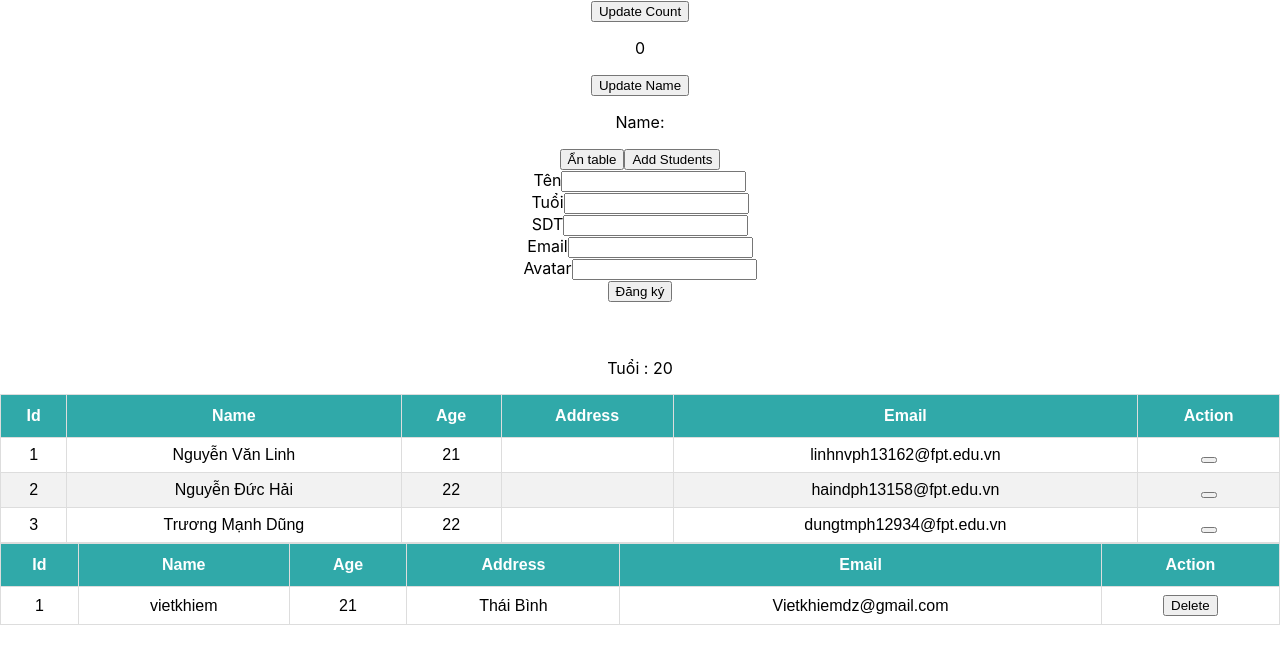
Repository: vietkhiem/TypeScript
Page: /
The author's editor kept a copy of each file at every save. The page is drawn from the files as they stood at one save, then again after the next save.
The browser window is 1280 px wide. The pictures show the whole page.
The project was rebuilt for these pictures with package versions that can differ from the ones it lists, and the page was loaded fresh each time.

Above is the page before, as saved 2022-03-18 20:16:47.

### src/App.tsx
import React, {useState} from 'react';
import './App.css';
import Login from './pages/login';
import TableCustom from './pages/table';

type Student = {
  name: string,
  age: number,
  address: string,
  phone: number
}

function App() {
  const [count, setCount] = useState<number>(0);
  const [name, setName] = useState<string>('');
  //state trang thai hien thi bang
  const [isShowTable, setShowTable] = useState<boolean>(true);
  const studentsData = [
    {
      name: 'vietkhiem',
      age: 21,
      address: 'Thái Bình',
      email: 'Vietkhiemdz@gmail.com',
      action: 'Delete'
    }
  ]
  return (
    <div className="App">
      <button onClick={() => setCount(count+1)}>Update Count</button>
        <p>{count}</p>

      <button onClick={() => setName('viet khiem')}>Update Name</button>
        <p>Name: {name}</p>

        <button onClick={() => setShowTable(!isShowTable)}>
        {isShowTable === true ? 'Ẩn' : 'Hiện'}  table</button>

        <button>Add Students</button>
      {/* thêm view login vào trong App.tsx */}
        <Login />
        {/* thêm components table vào app */}
        {
          isShowTable === true
        ? <TableCustom rows={studentsData} />
        :null
        }

    </div>
  );
}

export default App;

### src/App.css
.App {
  text-align: center;
}

.App-link {
  color: #61dafb;
}

@keyframes App-logo-spin {
  from {
    transform: rotate(0deg);
  }
  to {
    transform: rotate(360deg);
  }
}
.customers {
  font-family: Arial, Helvetica, sans-serif;
  border-collapse: collapse;
  width: 100%;
}

.customers td, .customers th {
  border: 1px solid #ddd;
  padding: 8px;
}

.customers tr:nth-child(even){background-color: #f2f2f2;}

.customers tr:hover {background-color: #ddd;}

.customers th {
  padding-top: 12px;
  padding-bottom: 12px;
  text-align: center;
  background-color: rgb(48, 169, 169);
  color: white;
}

### src/pages/login/index.tsx
import React, {useState} from 'react'
import Table from '../table';

const Student = () => {
  type studenType = {
    name: string
    age: number
    phone: string
    email: string
    avatar: string
  }
  const [data, setData] = useState<studenType[]>([
    {
      name: 'Nguyễn Văn Linh',
      age: 21,
      phone: '0369053052',
      email: 'linhnvph13162@fpt.edu.vn',
      avatar: 'https://picsum.photos/50/50',
    },
    {
      name: 'Nguyễn Đức Hải',
      age: 22,
      phone: '0968856903',
      email: 'haindph13158@fpt.edu.vn',
      avatar: 'https://picsum.photos/50/50',
    },
    {
      name: 'Trương Mạnh Dũng',
      age: 22,
      phone: '098888888',
      email: 'dungtmph12934@fpt.edu.vn',
      avatar: 'https://picsum.photos/50/50',
    },
  ])
  const removeProduct = (id: number) => {
    console.log(id)
  }
  type info = {
    age: number
  }
  const showAge = (props: info): number => {
    return props.age
  }
  const [isShowTable, SetShowTable] = useState<boolean>(true)
  const [namevalue, setname] = useState<string>('')
  const [agevalue, setage] = useState<string>('')
  const [phonevalue, setphone] = useState<string>('')
  const [emailvalue, setemail] = useState<string>('')
  const [avatarvalue, setavatar] = useState<string>('')
  const onSubmit = (): any => {
    const datanew: any = {
      name: namevalue,
      age: +agevalue,
      phone: phonevalue,
      email: emailvalue,
      avatar: avatarvalue,
    }
    console.log(datanew);

    setData([...data,datanew])
  }
  return (
    <>
      <div className="w-[1200px] mx-auto">
        <form action="">
          <div>
            <label htmlFor="">Tên</label>
            <input
              onChange={(e) => setname(e.target.value)}
              className="border border-2 border-black"
              type="text"
            />
          </div>
          <div className="mt-4">
            <label htmlFor="">Tuổi</label>
            <input
              onChange={(e) => setage(e.target.value)}
              className="border border-2 border-black"
              type="number"
            />
          </div>
          <div className="mt-4">
            <label htmlFor="">SDT</label>
            <input
              onChange={(e) => setphone(e.target.value)}
              className="border border-2 border-black"
              type="text"
            />
          </div>
          <div className="mt-4">
            <label htmlFor="">Email</label>
            <input
              onChange={(e) => setemail(e.target.value)}
              className="border border-2 border-black"
              type="email"
            />
          </div>
          <div className="mt-4">
            <label htmlFor="">Avatar</label>
            <input
              onChange={(e) => setavatar(e.target.value)}
              className="border border-2 border-black"
              type="text"
            />
          </div>
          <button
            onClick={(e) => {
              onSubmit()
              e.preventDefault()
            }}
            className="mt-4  border-2 border-black"
          >
            Đăng ký
          </button>
        </form>
        <br />
        {/* <button
          onClick={() => {
            SetShowTable(!isShowTable)
          }}
          className="btn-delete text-red-600 font-semibold border border-2 border-black"
        >
          {isShowTable === true ? 'Ẩn' : 'Hiện'} Bảng
        </button> */}
        <br />
        <p>Tuổi : {showAge({ age: 20 })}</p>
        {isShowTable && <Table rows={data} />}
      </div>
    </>
  )
}

export default Student;

### src/pages/table/index.tsx
import React from "react";

type row = {
  name: string,
  age: number,
  address: string,
  email: string,
  action: string
}
type TableProps = {
  rows: row[]
}
function Table({rows} : TableProps) {
    return (
      <>
        <table className="customers">
          <thead>
              <tr>
                <th>Id</th>
                <th>Name</th>
                <th>Age</th>
                <th>Address</th>
                <th>Email</th>
                <th>Action</th>
              </tr>
          </thead>
          <tbody>
              {
                rows.map((row, index) => (
                  <tr key={index}>
                    <td>{index +1}</td>
                    <td>{row.name}</td>
                    <td>{row.age}</td>
                    <td>{row.address}</td>
                    <td>{row.email}</td>
                    <td>
                      <button>{row.action}</button>
                    </td>
                  </tr>
                ))
              }
          </tbody>
        </table>
      </>
    );
}
export default Table;

Loaded but not shown: public/index.html (common file); src/index.tsx (common file); src/index.css (common file); src/reportWebVitals.ts (common file)

After the next save:
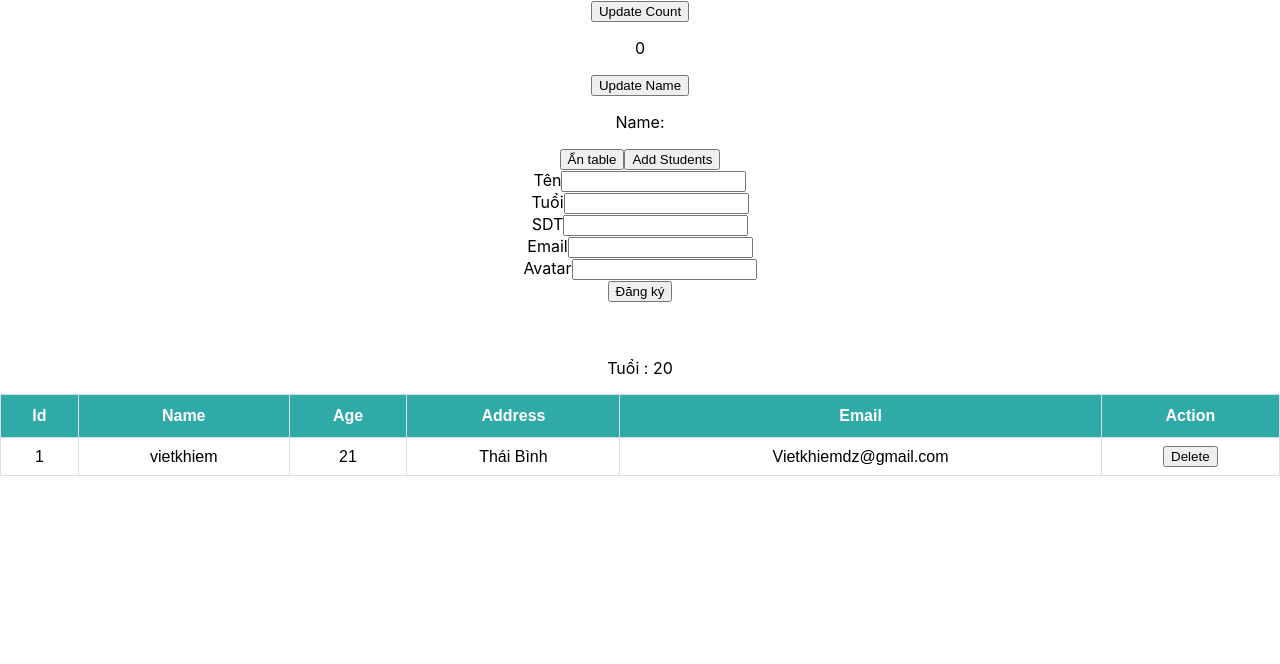
Saved 3 min 52 s later.
--- a/src/pages/login/index.tsx
+++ b/src/pages/login/index.tsx
@@ -124,7 +124,6 @@ const Student = () => {
         </button> */}
         <br />
         <p>Tuổi : {showAge({ age: 20 })}</p>
-        {isShowTable && <Table rows={data} />}
       </div>
     </>
   )
